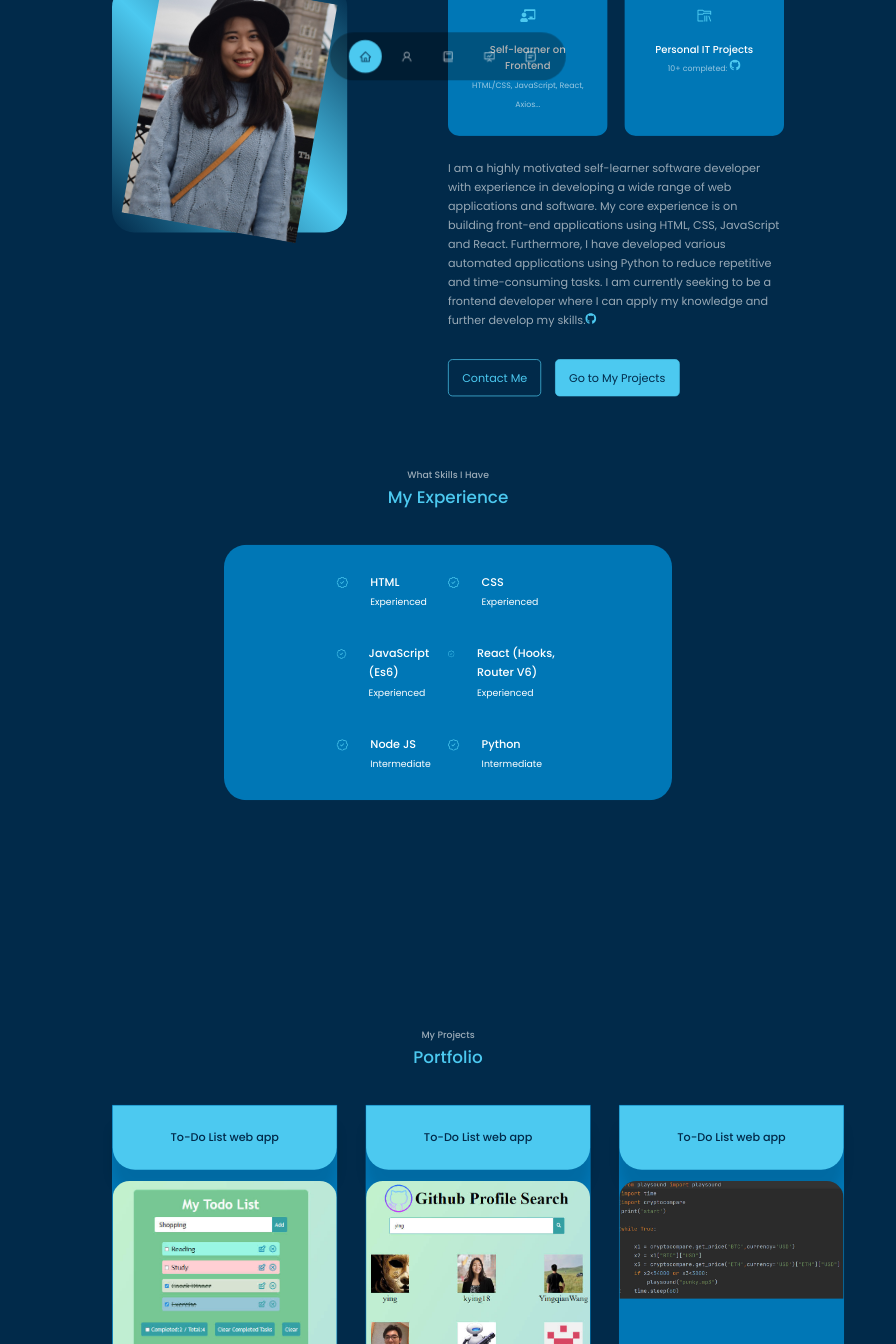
Repository: yingluo1020/react-portfolio-website
Page: /
The author's editor kept a copy of each file at every save. The page is drawn from the files as they stood at one save, then again after the next save.
The browser window is 1280 px wide. The pictures show the part of the page from y = 573 to 2493 px (the page is 3983 px tall), at 70% of full size.
The project was rebuilt for these pictures with package versions that can differ from the ones it lists, and the page was loaded fresh each time. Imported but missing from the stored project, and not drawn on this page: src/assets/cv1.pdf.

Above is the page before, as saved 2022-03-16 10:29:42.

### src/index.css
@import url('https://fonts.googleapis.com/css2?family=Poppins:wght@300;400;500;600&display=swap');

* {
 margin: 0;
 padding: 0;
 border: 0;
 outline: 0;
 box-sizing: border-box;
 list-style: none;
 text-decoration: none;
}

:root {
    --color-bg:#012a4a;
    --color-bg-variant:#0077b6;
    --color-primary:#4cc9f0;
    --color-primary-variant:rgba(77,181,255,0.4);
    --color-white:#fff;
    --color-light:rgba(255,255,255,0.6);

    --transition:all 400ms ease;

    --container-width-lg:75%;
    --container-width-md:86%;
    --container-width-sm:90%;
}

html {
    scroll-behavior:smooth;
}

::-webkit-scrollbar {
    display: none;
}

body {
    font-family: 'Poppins', sans-serif;
    background: var(--color-bg);
    color:var(--color-white);
    line-height:1.7;
}

/* general styles */
.container {
    width:var(--container-width-lg);
    margin: 0 auto;
}

h1,
h2,
h3,
h4,
h5 {
    font-weight: 500;
}

h1 {
    font-size: 2.5rem;
}

section {
    margin-top: 5rem;
    min-height: 100vh;
}

section > h2, section > h5 {
    text-align: center;
    color: var(--color-light);
}

section > h2 {
    color: var(--color-primary);
    margin-bottom: 3rem;
}

.text-light {
    color: var(--color-light);
}

a {
    color: var(--color-primary);
    transition: var(--transition);
}

a:hover {
    color: var(--color-white);
}

.btn {
    width: max-content;
    display: inline-block;
    color: var(--color-primary);
    padding: 0.75rem 1.2rem;
    border-radius:0.4rem;
    cursor: pointer;
    border: 1px solid var(--color-primary);
    transition: var(--transition);
}

.btn:hover{
    background: var(--color-white);
    color: var(--color-bg);
    border-color: transparent;
}

.btn-primary {
    background: var(--color-primary);
    color: var(--color-bg);
}

img{
    display: block;
    width: 100%;
    object-fit: cover;
}

/* media queries(medium devices)*/
@media screen and (max-width:1024px) {
    .container {
        width: var(--container-width-sm);
    }

    section> h2 {
        margin-bottom: 2rem;
    }
}

### src/components/header/Header.js
import React from 'react'
import avatar from '../../assets/avatar.JPG'
import './header.css';
import CV from '../../assets/cv1.pdf'


function Header() {
    return (
        <header>
            <div className="container header_container">
                <h5>Hello, I'm</h5>
                <h1>Ying Luo</h1>
                <h5 className="text-light">Front-end Developer</h5>

                <div className='cta'>
                    <a href={CV} download className='btn'>Download My CV</a>
                    <a href="#contact" className='btn btn-primary'>Contact me</a>
                </div>
            </div>
        </header>
    )
}

export default Header

### src/components/nav/Nav.js
import React, { useState } from 'react'
import './nav.css'
import { AiOutlineHome, } from 'react-icons/ai'
import { AiOutlineUser } from 'react-icons/ai'
import { BiBook } from 'react-icons/bi'
import { AiOutlineFundProjectionScreen } from 'react-icons/ai'
import { BiMessageSquareDetail } from 'react-icons/bi'


function Nav() {
    const [activeNav, setActiveNav] = useState('#')
    return (
        <nav>
            <a href="#" onClick={() => setActiveNav('#')} className={activeNav === '#' ? 'active' : ''}><AiOutlineHome /></a>
            <a href="#about" onClick={() => setActiveNav('#about')} className={activeNav === '#about' ? 'active' : ''}><AiOutlineUser /></a>
            <a href="#experience" onClick={() => setActiveNav('#experience')} className={activeNav === '#experience' ? 'active' : ''}><BiBook /></a>
            <a href="#portfolio" onClick={() => setActiveNav('#services')} className={activeNav === '#services' ? 'active' : ''}><AiOutlineFundProjectionScreen /></a>
            <a href="#contact" onClick={() => setActiveNav('#contact')} className={activeNav === '#contact' ? 'active' : ''}><BiMessageSquareDetail /></a>
        </nav>
    )
}

export default Nav

### src/components/experience/Experience.js
import React from 'react'
import './experience.css';
import { BsPatchCheck } from 'react-icons/bs'


function Experience() {
    return (
        <section id='experience'>
            <h5>What Skills I Have</h5>
            <h2>My Experience</h2>

            <div className="container experience_container">
                <div className="experience_content">
                    <article className='experience_details'>
                        <BsPatchCheck className='experience_details-icon' />
                        <div>
                            <h4>HTML</h4>
                            <small className='text_light'>Experienced</small>
                        </div>
                    </article>
                    <article className='experience_details'>
                        <BsPatchCheck className='experience_details-icon' />
                        <div>
                            <h4>CSS</h4>
                            <small className='text_light'>Experienced</small>
                        </div>
                    </article>
                    <article className='experience_details'>
                        <BsPatchCheck className='experience_details-icon' />
                        <div>
                            <h4>JavaScript (Es6)</h4>
                            <small className='text_light'>Experienced</small>
                        </div>
                    </article>
                    <article className='experience_details'>
                        <BsPatchCheck className='experience_details-icon' />
                        <div>
                            <h4>React (Hooks, Router V6) </h4>
                            <small className='text_light'>Experienced</small>
                        </div>
                    </article>
                    <article className='experience_details'>
                        <BsPatchCheck className='experience_details-icon' />
                        <div>
                            <h4>Node JS</h4>
                            <small className='text_light'>Intermediate</small>
                        </div>
                    </article>
                    <article className='experience_details'>
                        <BsPatchCheck className='experience_details-icon' />
                        <div>
                            <h4>Python</h4>
                            <small className='text_light'>Intermediate</small>
                        </div>
                    </article>
                </div>
            </div>
        </section>
    )
}

export default Experience

### src/components/portfolio/Portfolio.js
import React from 'react'
import './portfolio.css';
import project1 from '../../assets/todo1.jpg'
import project2 from '../../assets/search.jpg'
import project3 from '../../assets/btc_alert.jpg'



function Portfolio() {
    return (
        <section id='portfolio'>
            <h5>My Projects</h5>
            <h2>Portfolio</h2>
            <div className="container portfolio_container ">
                <article className='portfolio'>
                    <div className="portfolio_head">
                        <h3 >To-Do List web app</h3>
                    </div>

                    <div className="portfolio_item-image">
                        <img src={project1} alt="project1" />
                    </div>

                    <div className="portfolio_link">
                        <a href="https://github.com" target='_blank' className='btn btn-primary'>Github</a>
                    </div>
                </article>

                <article className='portfolio'>
                    <div className="portfolio_head">
                        <h3 >To-Do List web app</h3>
                    </div>

                    <div className="portfolio_body">
                        <div className="portfolio_item-image">
                            <img src={project2} alt="project1" />
                        </div>
                    </div>
                    <div className="portfolio_link">
                        <a href="https://github.com" target='_blank' className='btn btn-primary'>Github</a>
                    </div>
                </article>

                <article className='portfolio'>
                    <div className="portfolio_head">
                        <h3 >To-Do List web app</h3>
                    </div>

                    <div className="portfolio_body">
                        <div className="portfolio_item-image">
                            <img src={project3} alt="project1" />
                        </div>
                    </div>
                    <div className="portfolio_link">
                        <a href="https://github.com" target='_blank' className='btn btn-primary'>Github</a>
                    </div>
                </article>

            </div>
        </section>
    )
}

export default Portfolio

### src/components/footer/Footer.js
import React from 'react'
import './footer.css'
import { BsLinkedin } from 'react-icons/bs';
import { FaGithub } from 'react-icons/fa';
import { FiDribbble } from 'react-icons/fi';


function Footer() {
    return (
        <footer>
            <a href="https://github.com/yingluo1020" target="_blank" className='footer_logo'><FaGithub /> Ying Luo</a>
            <ul className='permalinks'>
                <li><a href="#">Home</a></li>
                <li><a href="#about">About</a></li>
                <li><a href="#experience">Experience</a></li>
                <li><a href="#portfolio">Portfolio</a></li>
                <li><a href="#contact">Contact</a></li>
            </ul>

            <div className="footer_copyright">
                <small>&copy; All rights reserved by Ying Luo.</small>
            </div>
        </footer>
    )
}

export default Footer

### src/components/header/header.css
header {
    height: 50vh;
    padding-top: 5rem;
    overflow: hidden;
}

.header_container {
    text-align: center;
    height: 100%;
    position: relative;
}

.cta {
    margin: 2.5rem auto;
    display: flex;
    gap:1.2rem;
    justify-content: center;
}

.avatar {
    background: linear-gradient(var(--color-primary),transparent) ;
    width: 22rem;
    height: 30rem;
    position: absolute;
    left: calc(50% - 11rem);
    border-radius: 12rem 12rem 0 0 ;
    overflow: hidden;
    padding: 5rem 1.5rem 1.5rem 1.5rem;
}


/* media queries(medium devices)*/
@media screen and (max-width:1024px) {
    header {
        height: 68vh;
    }
}

/* media queries(small devices)*/
@media screen and (max-width:600px) {
   header {
       height: 100vh;
   }
}

### src/components/nav/nav.css
nav {
    background: rgba(0, 0, 0, 0.3);
    width: max-content;
    display: block;
    padding:0.7rem 1.7rem;
    z-index: 2;
    position: fixed;
    left: 50%;
    transform: translateX(-50%);
    bottom: 2rem;
    display: flex;
    gap: 0.8rem;
    border-radius: 3rem;
    /* backdrop-filter: blur(15px); */
}

nav a {
    background: transparent;
    padding: 0.9rem;
    border-radius:50% ;
    display: flex;
    color: var(--color-light);
    font-size: 1.1rem;
}

nav a:hover{
    background: rgba(0, 0, 0, 0.3);
}

nav a.active {
    background: var(--color-primary);
    color: var(--color-bg);
}

### src/components/about/about.css
.about_container {
    display: grid;
    grid-template-columns: 35% 50%;
    gap: 15%;
}

.about_me{
    width: 100%;
    aspect-ratio: 0.95/1;
    border-radius: 2rem;
    background: linear-gradient(45deg,transparent,var( --color-primary),transparent);
    display: grid;
    place-items: center;
}

.about_image {
    border-radius: 2rem;
    overflow: hidden;
    transform: rotate(10deg);
    transition: var(--transition);
}

.about_image:hover{
    transform: rotate(0);
}

.about_image img {
    width: 75%;
    margin: 0 auto;
}
.about_cards {
    display: grid;
    grid-template-columns: repeat(2,1fr);
    gap: 1.5rem;
}

.about_card {
    background: var(--color-bg-variant);
    border:1px solid transparent ;
    border-radius: 1rem;
    padding: 2rem;
    text-align: center;
    transition: var(--transition);
}

.about_card:hover {
    background:transparent;
    border-color:var(--color-primary-variant) ;
    cursor: default;
}

.about_icon {
    color: var(--color-primary);
    font-size: 1.4rem;
    margin-bottom: 1rem;
}

.about_card h5 {
    font-size: 0.9rem;
}

.about_card small {
    font-size: 0.7rem;
    color: var(--color-light);
}
.about_content{
    height: fit-content;
}
.about_content p {
    margin: 2rem 0 2.6rem;
    color: var(--color-light);
}

.about_content .about_btn {
    display: flex;
    gap:1.2rem;
}

/* media queries(medium devices)*/
@media screen and (max-width:1024px) {
    .about_container {
        grid-template-columns: 1fr ;
        gap:0;
    }

    .about_me{
        width: 50%;
        margin: 2rem auto 4rem;
    }

    .about_content p {
        margin: 1rem 0 1.5rem;
    }
}

/* media queries(small devices)*/
@media screen and (max-width:600px) {
    .about_me{
        width: 65%;
        margin: 0 auto 3rem;
    }

    .about_cards {
        grid-template-columns: 1fr 1fr;
        gap: 1rem;
    }

    .about_content {
        text-align: center;
    }

    .about_content p {
        margin: 1.5rem 0.5rem;
    }
}

### src/components/experience/experience.css
.experience_container{
    width: 50%;
}

.experience_container >div {
    display: grid;
    grid-template-columns: 1fr 1fr;
    row-gap: 3rem;
    background: var(--color-bg-variant);
    padding: 2.4rem 10rem;
    border-radius: 2rem;
    border: 1px solid transparent;
    transition: var(--transition);
}

.experience_container >div:hover{
    background: transparent;
    border-color: var(--color-primary-variant);
    cursor: default;
}

.experience_content {
    display: grid;
    grid-template-columns: 1fr 1fr;
    /* justify-items: start; */
    row-gap: 3rem;
}

.experience_details {
    display: flex;
    gap: 2rem;
}

.experience_details-icon{
    margin-top: 6px;
    color: var(--color-primary);
}

/* media queries(medium devices)*/
@media screen and (max-width:1024px) {
    .experience_container >div {
        width: 80%;
        padding: 2rem;
        margin: 0 auto;
    }

    .experience_content {
        padding: 1rem;
    }
}

/* media queries(small devices)*/
@media screen and (max-width:600px) {
    .experience_container{
        gap: 1rem;
    }

    .experience_container >div {
        width: 100%;
        padding: 2rem 1rem;
    }

    .experience_content {
        grid-template-columns: 1fr;
    }
}

### src/components/portfolio/portfolio.css
.portfolio_container{
    display: grid;
    grid-template-columns: repeat(3,1fr);
    gap: 2.5rem;
}

.portfolio {
    background: var(--color-bg-variant);
    border-radius:0 0 2rem 2rem;
    border: 1px solid transparent;
    /* height: fit-content; */
    transition: var(--transition);
}

.portfolio:hover {
    background: transparent;
    border-color: var(--color-primary-variant);
    transition: var(--transition);
}

.portfolio_head{
    background: var(--color-primary);
    border-radius:0 0 2rem 2rem;
    padding: 2rem;
    box-shadow: 0 2rem 1rem rgba(0,0,0,0.1);
}

.portfolio_head h3 {
    text-align: center;
    font-size: 1rem;
    color: var(--color-bg);
}

.portfolio_item-image {
    width: 20rem;
    height: 20rem;
    /* aspect-ratio: 1/1;   */
    border-radius: 1.5rem;
    overflow: hidden;
    margin: 1rem auto;
}

.portfolio_link {
    display: flex;
    justify-content: center;
    margin: 1rem 0;
}


/* media queries(medium devices)*/
@media screen and (max-width:1024px) {
    .portfolio_container{
        grid-template-columns: 1fr 1fr;
        gap: 1.2rem;
    }
}

/* media queries(small devices)*/
@media screen and (max-width:600px) {
    .portfolio_container {
        grid-template-columns: 1fr;
        gap: 1rem;
    }
}

### src/components/contact/contact.css
.contact_container {
    width: 58%;
    display: grid;
    grid-template-columns: 30% 58%;
    gap: 12%;
}

.contact_options {
    display: flex;
    flex-direction: column;
    gap: 1.2rem;
}

.contact_option{
    background: var(--color-bg-variant);
    padding: 1.2rem ;
    border-radius:1.2rem;
    border: 1px solid transparent;
    text-align: center;
    transition: var(--transition);
}

.contact_option:hover{
    background: transparent;
    border-color: var(--color-primary-variant);
}

.contact_option-icon{
    font-size: 1.5rem;
    margin-bottom: 0.5rem;
}

.contact_option a {
    margin-top: 0.7rem;
    display: inline-block;
    font-size: 0.8rem;
}

/* form */
form {
    display: flex;
    flex-direction: column;
    gap: 1.2rem;
}

input, textarea{
    width: 100%;
    padding: 1.5rem ;
    border-radius:0.5rem;
    border: 2px solid var(--color-primary-variant);
    background: transparent;
    resize: none; /* 元素不能被用户缩放。 */
    color: var(--color-white);
}

/* media queries(medium devices)*/
@media screen and (max-width:1024px) {
    .contact_container {
        grid-template-columns: 1fr;
        gap: 2rem;
    }

}

/* media queries(small devices)*/
@media screen and (max-width:600px) {
    .contact_container{
        width: var(--container-width-sm);
    }
}

### src/components/footer/footer.css
footer {
    background: var(--color-primary);
    padding: 2rem 0;
    text-align: center;
    font-size: 0.9rem;
    margin-top: 7rem;
}

footer a {
    color: var(--color-bg);
}

.footer_logo{
    font-size: 2rem;
    font-weight: 500;
    margin-bottom: 2rem;
    display: inline-block;
}

.permalinks{
    display: flex;
    flex-wrap: wrap;
    justify-content: center;
    gap: 2rem;
    margin: 0 auto 3rem;
}

.footer_socials{
    display: flex;
    justify-content: center;
    gap: 1rem;
    margin-bottom: 4rem;
}

.footer_socials a {
    display: flex;
    background: var(--color-bg);
    color: var(--color-white);
    padding: 0.8rem;
    border-radius: 0.7rem;
    border: 1px solid transparent;
    transition: var(--transition);
}

.footer_socials a:hover{
    background: transparent;
    color: var(--color-bg);
    border-color: var(--color-bg);
}

.footer_copyright {
    margin-bottom: 4rem;
    color: var(--color-bg);
}

/* media queries(small devices)*/
@media screen and (max-width:600px) {
    .permalinks{
        flex-direction: column;
        gap: 1.5rem;
    }

    .footer_socials{
        margin-bottom: 2.6rem;
    }
}

Loaded but not shown: public/index.html (common file); src/index.js (common file); src/App.js (common file); src/components/contact/Contact.js (63 lines, source omitted); src/components/about/About.js (51 lines, source omitted)

After the next save:
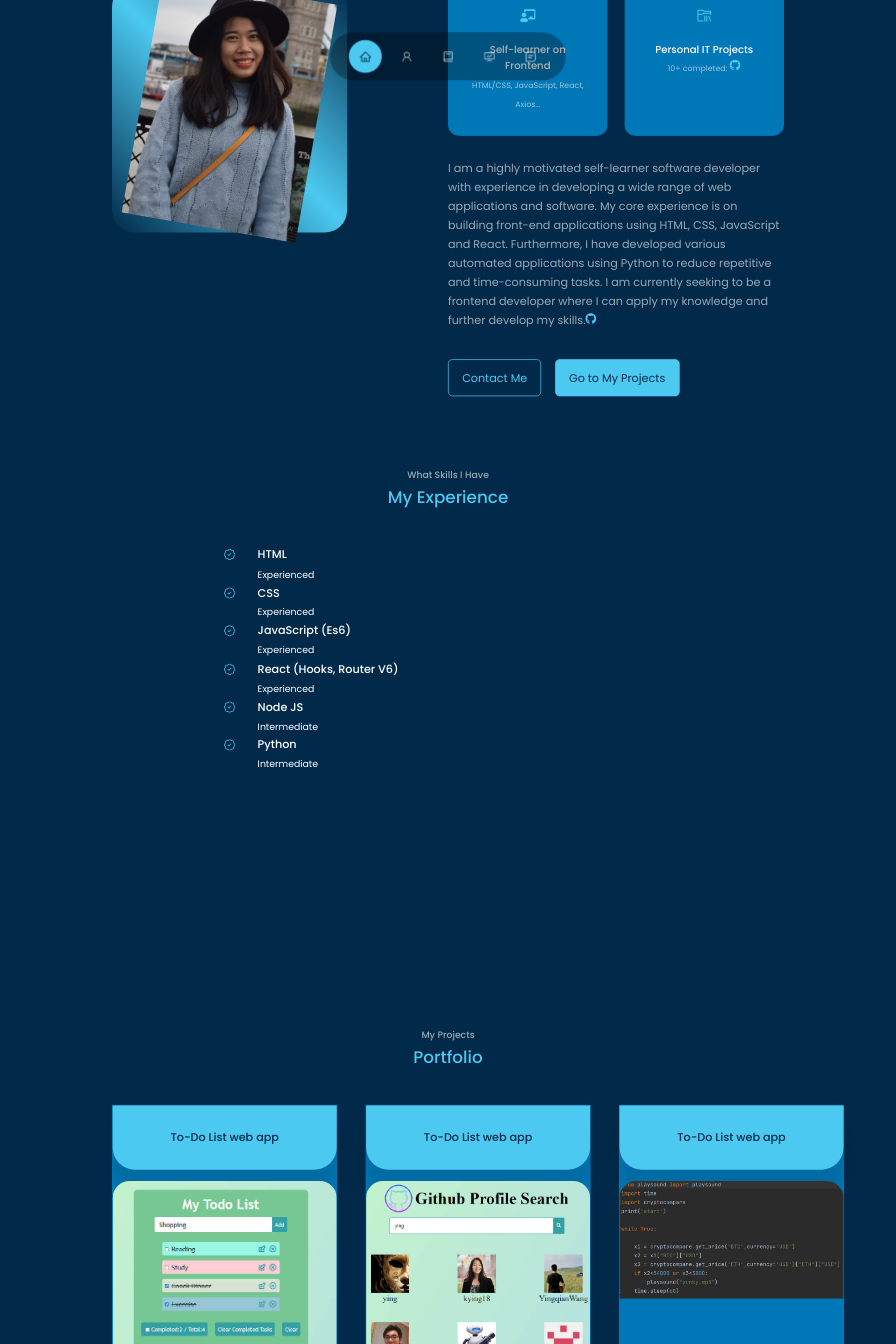
Saved 16 s later.
--- a/src/components/experience/Experience.js
+++ b/src/components/experience/Experience.js
@@ -10,51 +10,51 @@ function Experience() {
             <h2>My Experience</h2>
 
             <div className="container experience_container">
-                <div className="experience_content">
-                    <article className='experience_details'>
-                        <BsPatchCheck className='experience_details-icon' />
-                        <div>
-                            <h4>HTML</h4>
-                            <small className='text_light'>Experienced</small>
-                        </div>
-                    </article>
-                    <article className='experience_details'>
-                        <BsPatchCheck className='experience_details-icon' />
-                        <div>
-                            <h4>CSS</h4>
-                            <small className='text_light'>Experienced</small>
-                        </div>
-                    </article>
-                    <article className='experience_details'>
-                        <BsPatchCheck className='experience_details-icon' />
-                        <div>
-                            <h4>JavaScript (Es6)</h4>
-                            <small className='text_light'>Experienced</small>
-                        </div>
-                    </article>
-                    <article className='experience_details'>
-                        <BsPatchCheck className='experience_details-icon' />
-                        <div>
-                            <h4>React (Hooks, Router V6) </h4>
-                            <small className='text_light'>Experienced</small>
-                        </div>
-                    </article>
-                    <article className='experience_details'>
-                        <BsPatchCheck className='experience_details-icon' />
-                        <div>
-                            <h4>Node JS</h4>
-                            <small className='text_light'>Intermediate</small>
-                        </div>
-                    </article>
-                    <article className='experience_details'>
-                        <BsPatchCheck className='experience_details-icon' />
-                        <div>
-                            <h4>Python</h4>
-                            <small className='text_light'>Intermediate</small>
-                        </div>
-                    </article>
-                </div>
+
+                <article className='experience_details'>
+                    <BsPatchCheck className='experience_details-icon' />
+                    <div>
+                        <h4>HTML</h4>
+                        <small className='text_light'>Experienced</small>
+                    </div>
+                </article>
+                <article className='experience_details'>
+                    <BsPatchCheck className='experience_details-icon' />
+                    <div>
+                        <h4>CSS</h4>
+                        <small className='text_light'>Experienced</small>
+                    </div>
+                </article>
+                <article className='experience_details'>
+                    <BsPatchCheck className='experience_details-icon' />
+                    <div>
+                        <h4>JavaScript (Es6)</h4>
+                        <small className='text_light'>Experienced</small>
+                    </div>
+                </article>
+                <article className='experience_details'>
+                    <BsPatchCheck className='experience_details-icon' />
+                    <div>
+                        <h4>React (Hooks, Router V6) </h4>
+                        <small className='text_light'>Experienced</small>
+                    </div>
+                </article>
+                <article className='experience_details'>
+                    <BsPatchCheck className='experience_details-icon' />
+                    <div>
+                        <h4>Node JS</h4>
+                        <small className='text_light'>Intermediate</small>
+                    </div>
+                </article>
+                <article className='experience_details'>
+                    <BsPatchCheck className='experience_details-icon' />
+                    <div>
+                        <h4>Python</h4>
+                        <small className='text_light'>Intermediate</small>
+                    </div>
+                </article>
             </div>
+
         </section>
     )
 }
